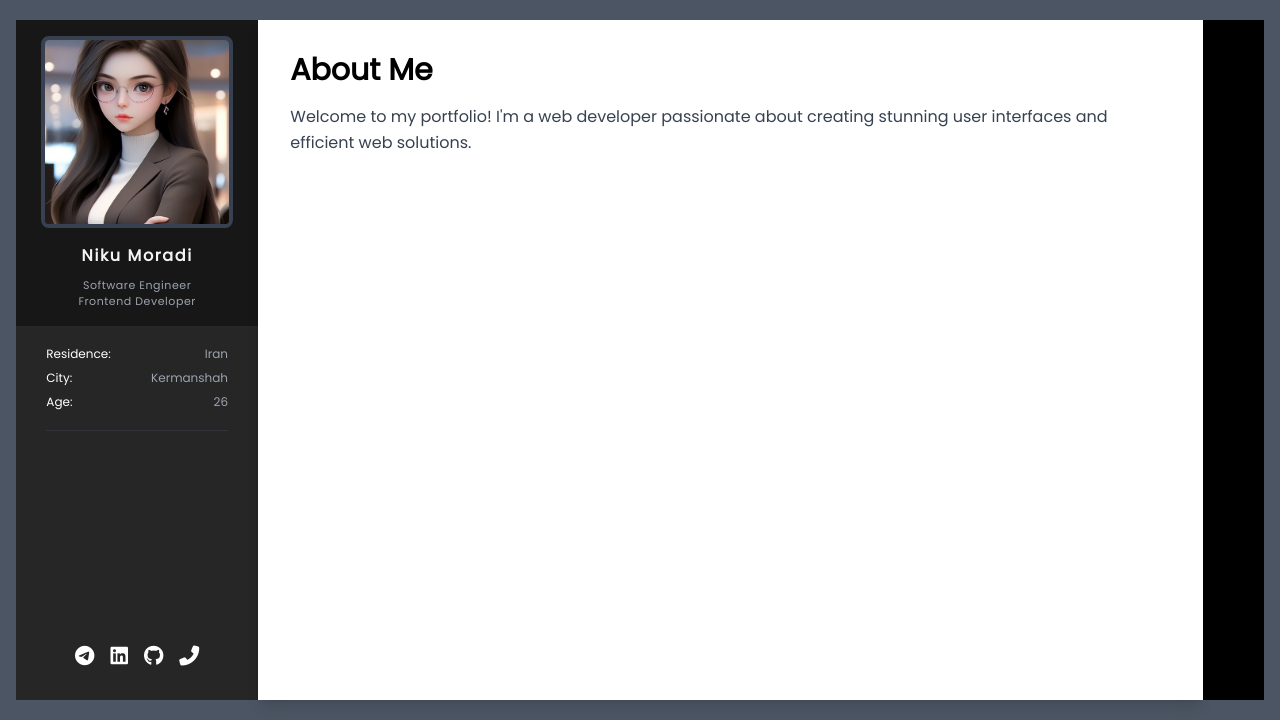
Repository: NikuMoradi/niku-moradi
Page: /
The author's editor kept a copy of each file at every save. The page is drawn from the files as they stood at one save, then again after the next save.
The browser window is 1280 px wide. The pictures show the whole page.
The project was rebuilt for these pictures with package versions that can differ from the ones it lists, and the page was loaded fresh each time. The framework's server and built-in components were replaced by stand-ins that run in the browser. Also part of the build but not shown: nuxt.config.ts, components/Blog Posts/Component-Design.vue, components/Blog.vue, components/Contact.vue, components/Education.vue, components/Experience.vue, components/Hero.vue, components/Menu.vue and 3 more.

Above is the page before, as saved 2024-11-29 11:07:45.

After the next save:
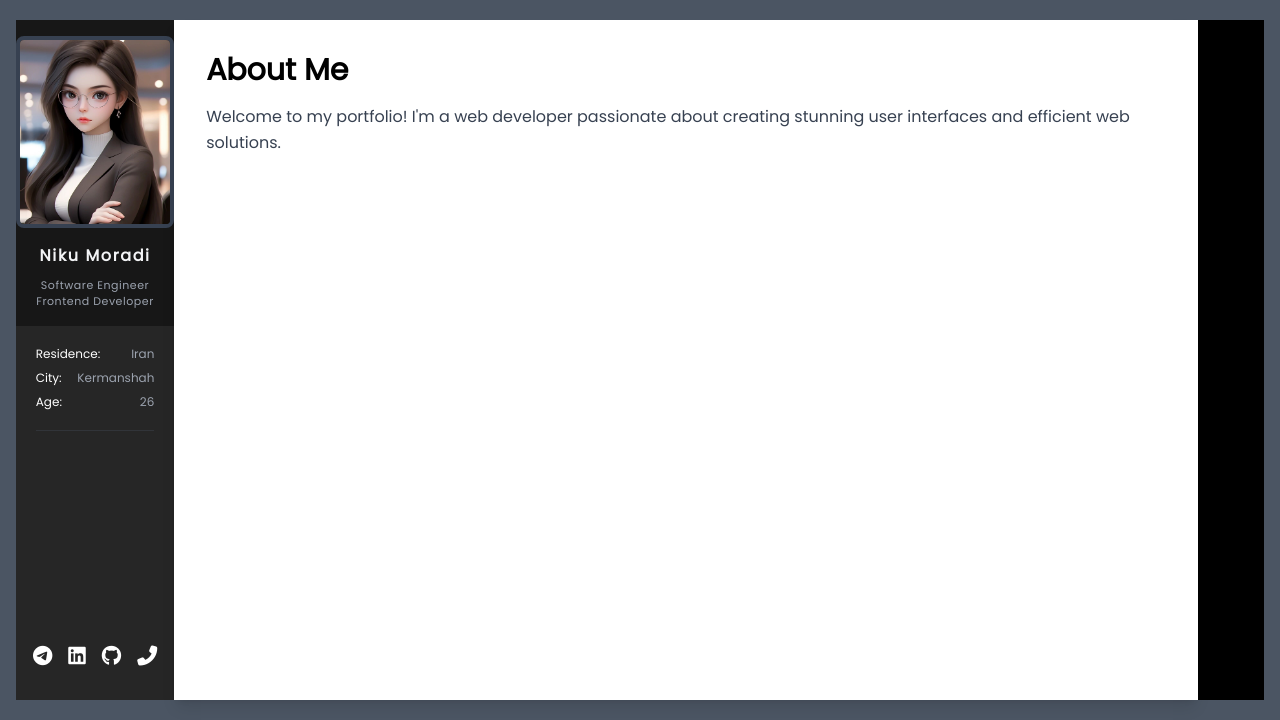
Saved 24 s later.
--- a/components/LeftPanel.vue
+++ b/components/LeftPanel.vue
@@ -1,6 +1,6 @@
 <template>
   <div
-    class="bg-neutral-800 text-white w-80 flex flex-col items-center"
+    class="bg-neutral-800 text-white w-70 flex flex-col items-center"
     style="height: calc(100vh - 40px)"
   >
     <!-- Header-->

After the 3 saves that followed:
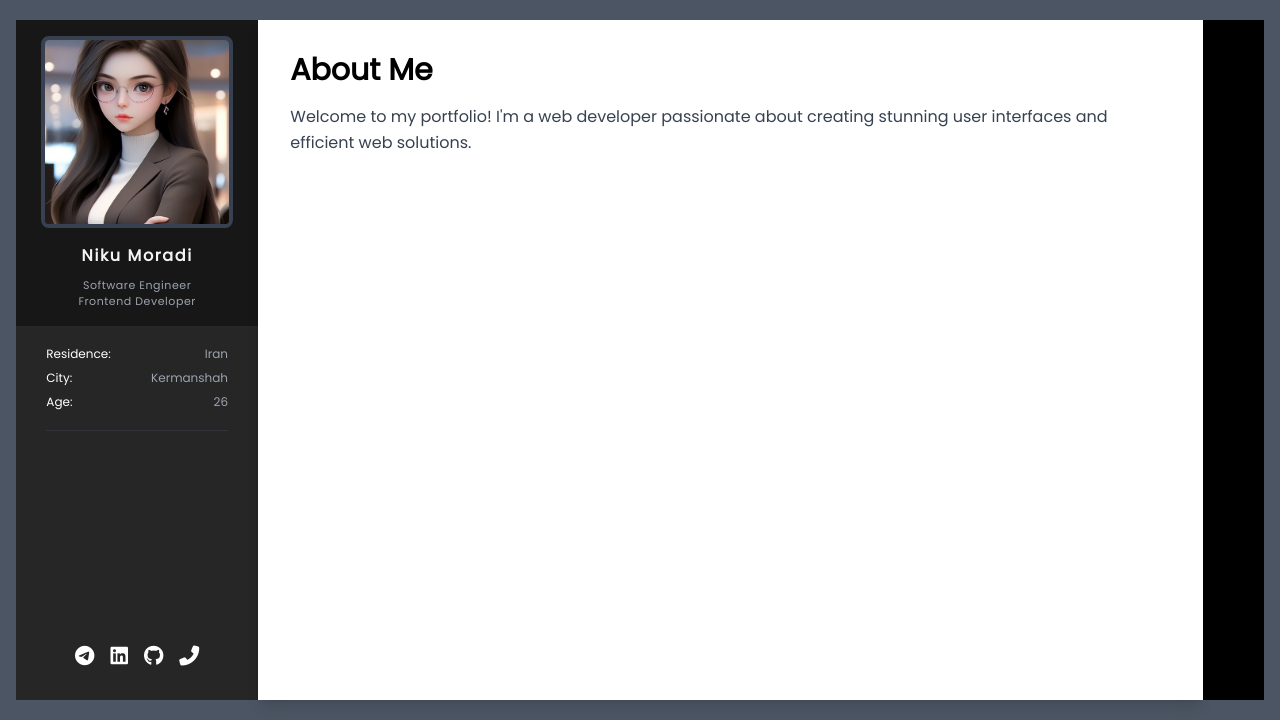
The 3 saves are shown as one change because 2 left the picture as it was.
The last was saved 16 s later.
--- a/components/LeftPanel.vue
+++ b/components/LeftPanel.vue
@@ -1,6 +1,6 @@
 <template>
   <div
-    class="bg-neutral-800 text-white w-70 flex flex-col items-center"
+    class="bg-neutral-800 text-white w-80 flex flex-col items-center"
     style="height: calc(100vh - 40px)"
   >
     <!-- Header-->
